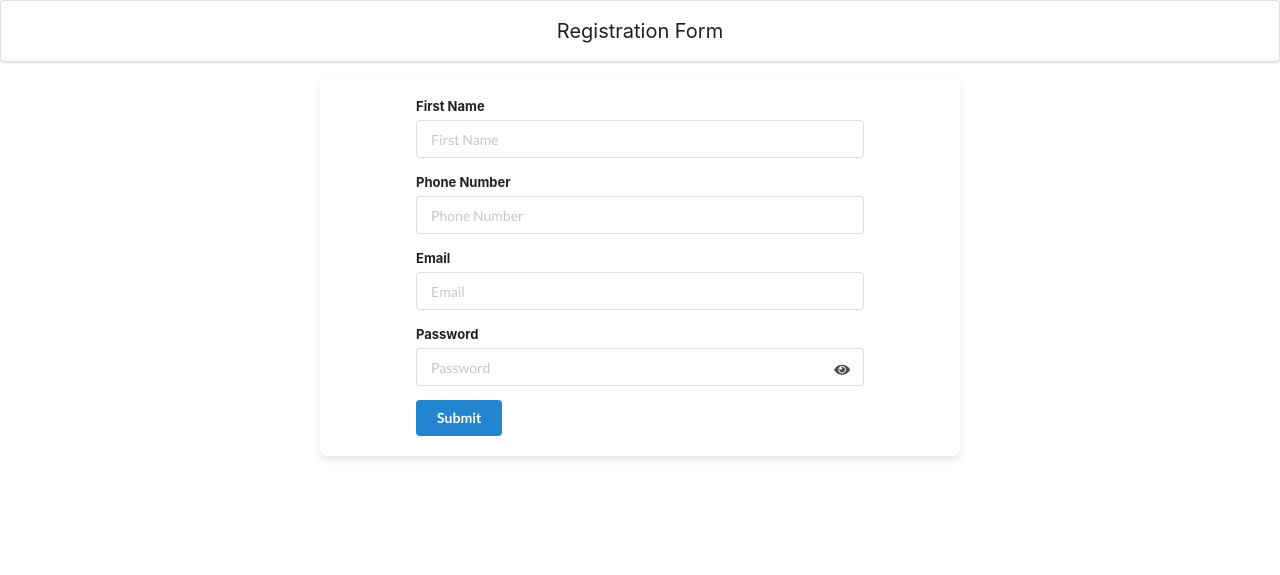
Repository: Wahid137/registration-form
Page: /
These files come from the project's save history. The page is drawn as it stood at one moment and after the next save; the edit follows.
The browser window is 1280 px wide. The pictures show the whole page.
The project was rebuilt for these pictures with package versions that can differ from the ones it lists, and the page was loaded fresh each time.

Above is the page before, as saved 2024-05-02 11:06:39.

### public/index.html
<!DOCTYPE html>
<html lang="en">
  <head>
    <meta charset="utf-8" />
    <link rel="icon" href="%PUBLIC_URL%/favicon.ico" />
    <meta name="viewport" content="width=device-width, initial-scale=1" />
    <meta name="theme-color" content="#000000" />
    <meta
      name="description"
      content="Web site created using create-react-app"
    />
    <link rel="apple-touch-icon" href="%PUBLIC_URL%/logo192.png" />
    <!--
      manifest.json provides metadata used when your web app is installed on a
      user's mobile device or desktop. See https://developers.google.com/web/fundamentals/web-app-manifest/
    -->
    <link rel="manifest" href="%PUBLIC_URL%/manifest.json" />
    <!--
      Notice the use of %PUBLIC_URL% in the tags above.
      It will be replaced with the URL of the `public` folder during the build.
      Only files inside the `public` folder can be referenced from the HTML.

      Unlike "/favicon.ico" or "favicon.ico", "%PUBLIC_URL%/favicon.ico" will
      work correctly both with client-side routing and a non-root public URL.
      Learn how to configure a non-root public URL by running `npm run build`.
    -->
    <title>Registration From</title>
  </head>
  <body>
    <noscript>You need to enable JavaScript to run this app.</noscript>
    <div id="root"></div>
    <!--
      This HTML file is a template.
      If you open it directly in the browser, you will see an empty page.

      You can add webfonts, meta tags, or analytics to this file.
      The build step will place the bundled scripts into the <body> tag.

      To begin the development, run `npm start` or `yarn start`.
      To create a production bundle, use `npm run build` or `yarn build`.
    -->
  </body>
</html>

### src/index.js
import React from 'react';
import ReactDOM from 'react-dom/client';
import 'semantic-ui-css/semantic.min.css';
import App from './App';
import './index.css';
import reportWebVitals from './reportWebVitals';

const root = ReactDOM.createRoot(document.getElementById('root'));
root.render(
  <React.StrictMode>
    <App />
  </React.StrictMode>
);

// If you want to start measuring performance in your app, pass a function
// to log results (for example: reportWebVitals(console.log))
// or send to an analytics endpoint. Learn more: https://bit.ly/CRA-vitals
reportWebVitals();

### src/App.js
import { Segment } from 'semantic-ui-react';
import './App.css';
import Register from './components/Register';

function App() {
  return (
    <div className="App">
      <Segment textAlign='center' size={"huge"}>Registration Form</Segment>
      <Register />
    </div>
  );
}

export default App;

### src/App.css
.register-container {
  padding-top: 20px;
  padding-bottom: 20px;
  display: flex;
  width: 50%;
  justify-content: center;
  box-shadow: 0 4px 8px rgba(0, 0, 0, 0.1);
  border-radius: 8px;
}
.form-field {
  margin-bottom: 1rem;
}

.gender-field {
  display: flex;
  flex-direction: row;
}

.gender-option {
  display: flex;
  margin-right: 1rem;
  align-items: center;
  justify-content: center;
}

.gender-option input {
  margin-right: 0.5rem;
}

### src/components/Register.js
import { joiResolver } from "@hookform/resolvers/joi";
import Joi from "joi";
import React, { useState } from "react";
import { useForm } from "react-hook-form";
import { Button, Container, Form, FormField, Icon } from "semantic-ui-react";

/* //schema
const schema = Joi.object({
    firstName: Joi.string().min(2).max(20).pattern(nameRegex).required().messages({
        "string.base": "First name must be a string",
        "string.empty": "Please enter your first name",
        "string.min": "First name must have at least {#limit} characters",
        "string.max": "First name cannot exceed {#limit} characters",
        "string.pattern.base": "First name must contain only alphabets and spaces",
        "any.required": "First name is required",
    }),
    lastName: Joi.string().min(2).max(20).pattern(nameRegex).required().messages({
        "string.base": "Last name must be a string",
        "string.empty": "Please enter your last name",
        "string.min": "Last name must have at least {#limit} characters",
        "string.max": "Last name cannot exceed {#limit} characters",
        "string.pattern.base": "Last name must contain only alphabets and spaces",
        "any.required": "Last name is required",
    }),
    gender: Joi.string().valid('male', 'female', 'other').required().messages({
        "any.required": "Gender is required",
        "any.only": "Please select a valid gender",
    }),
    birthDate: Joi.date()
        .max(minBirthDate)
        .required()
        .messages({
            "date.base": "Please enter a valid date",
            "date.max": "You must be at least 18 years old",
            "any.required": "Birth date is required",
        }),
    phoneNumber: Joi.string().pattern(phoneRegex).required().messages({
        "string.base": "Phone number must be a string",
        "string.empty": "Please enter your phone number",
        "string.pattern.base": "Phone number must be exactly 10 digits",
        "any.required": "Phone number is required",
    }),
    email: Joi.string().email({ tlds: { allow: false } }).required().messages({
        "string.base": "Email must be a string",
        "string.empty": "Please enter your email",
        "string.email": "Please enter a valid email address",
        "any.required": "Email is required",
    }),
    password: Joi.string().pattern(passwordRegex).required().messages({
        "string.base": "Password must be a string",
        "string.empty": "Please enter your password",
        "string.pattern.base": "Password must be 3 to 30 characters long and contain at least one lowercase letter, one uppercase letter, and one digit",
        "any.required": "Password is required",
    }),
    confirmPassword: Joi.string().valid().required().messages({
        "any.required": "Confirm password is required",
        "any.only": "Passwords do not match",
    }),
    country: Joi.string().required().messages({
        "any.required": "Please select a country",
        "string.empty": "Please select a country",
    }),
}); */

const schema = Joi.object({
    firstName: Joi.string().min(2).max(20).required().label("First Name"),
    LastName: Joi.string().min(2).max(20).required().label("Last Name"),
    phoneNumber: Joi.string().length(10).required().label("Phone Number"),
    email: Joi.string()
        .email({ minDomainSegments: 2, tlds: { allow: ['com', 'net'] } }).required().label("Email"),
    password: Joi.string().min(8).max(1000).required().label("Password"),
});

const Register = () => {
    const [showPassword, setShowPassword] = useState(false);
    const [showConfirmPassword, setShowConfirmPassword] = useState(false);
    const togglePasswordVisibility = () => setShowPassword(!showPassword);
    const toggleConfirmPasswordVisibility = () => setShowConfirmPassword(!showConfirmPassword);

    //useForm
    const { register, handleSubmit, reset, formState: { errors } } = useForm({ resolver: joiResolver(schema) });



    //submit handler
    const onSubmit = (data) => {
        console.log(data);
        reset();
        alert("Registration Successfully done!")
    };

    return (
        <Container
            style={{
                paddingTop: "20px",
                paddingBottom: "20px",
                display: "flex",
                width: "50%",
                justifyContent: "center",
                boxShadow: "0 4px 8px rgba(0,0,0,0.1)",
                borderRadius: "8px",
            }}
        >

            <Form style={{ width: "70%" }} onSubmit={handleSubmit(onSubmit)}>
                <div className="form-field">
                    <FormField>
                        <label>First Name</label>
                        <input
                            placeholder="First Name"
                            {...register("firstName")}

                        />
                        {errors.firstName && (
                            <div className="ui pointing red basic label">
                                {errors.firstName.message}
                            </div>
                        )}
                    </FormField>
                </div>

                <div className="form-field">
                    <FormField>
                        <label>Phone Number</label>
                        <input
                            placeholder="Phone Number"
                            {...register("phoneNumber")}

                        />
                        {errors.phoneNumber && (
                            <div className="ui pointing red basic label">
                                {errors.phoneNumber.message}
                            </div>
                        )}
                    </FormField>
                </div>

                <div className="form-field">
                    <FormField>
                        <label>Email</label>
                        <input
                            placeholder="Email"
                            {...register("email")}

                        />
                        {errors.email && (
                            <div className="ui pointing red basic label">
                                {errors.email.message}
                            </div>
                        )}
                    </FormField>
                </div>
                <div className="form-field">
                    <FormField>
                        <label>Password</label>
                        <div className="ui input">
                            <input
                                type={showPassword ? "text" : "password"}
                                placeholder="Password"
                                {...register("password")}

                            />
                            <Icon
                                name={showPassword ? "eye slash" : "eye"}
                                link
                                onClick={togglePasswordVisibility}
                                style={{ cursor: "pointer", position: "absolute", right: "10px", top: "50%", transform: "translateY(-50%)" }}
                            />
                        </div>
                        {errors.password && (
                            <div className="ui pointing red basic label">
                                {errors.password.message}
                            </div>
                        )}
                    </FormField>
                </div>
                <Button type="submit" color="blue">
                    Submit
                </Button>
            </Form>
        </Container>
    );
};

export default Register;


{/*
                <div className="form-field">
                    <FormField error={formErrors.birthDate !== undefined}>
                        <label>Birth Date</label>
                        <input
                            type="date"
                            name="birthDate"
                            {...register("birthDate")}
                            className={formErrors.birthDate ? "error" : ""}
                        />
                        {formErrors.birthDate && (
                            <div className="ui pointing red basic label">
                                {formErrors.birthDate}
                            </div>
                        )}
                    </FormField>
                </div>


                <div className="form-field">
                    <FormField>
                        <label>Gender</label>
                        <div className="gender-field">
                            <div className="gender-option">
                                <input type="radio" id="male" {...register("gender")} value="male" />
                                <label htmlFor="male">Male</label>
                            </div>
                            <div className="gender-option">
                                <input type="radio" id="female" {...register("gender")} value="female" />
                                <label htmlFor="female">Female</label>
                            </div>
                            <div className="gender-option">
                                <input type="radio" id="other" {...register("gender")} value="other" />
                                <label htmlFor="other">Other</label>
                            </div>
                        </div>
                        {formErrors.gender && (
                            <div className="ui pointing red basic label">
                                {formErrors.gender}
                            </div>
                        )}
                    </FormField>
                </div>
                <div className="form-field">
                    <FormField error={formErrors.country !== undefined}>
                        <label>Country</label>
                        <select {...register("country")} className={formErrors.country ? "error" : "ui search dropdown"}>
                            <option value="">Select your country</option>
                            {
                                countryOptions?.map((country) => <option key={country?.key} value={country?.value}>{country?.text}</option>)
                            }
                        </select>
                        {formErrors.country && (
                            <div className="ui pointing red basic label">
                                {formErrors.country}
                            </div>
                        )}
                    </FormField>
                </div>

                <div className="form-field">
                    <FormField error={formErrors.confirmPassword !== undefined}>
                        <label>Confirm Password</label>
                        <div className="ui input">
                            <input
                                type={showConfirmPassword ? "text" : "password"}
                                placeholder="Confirm Password"
                                {...register("confirmPassword")}
                                className={formErrors.confirmPassword ? "error" : ""}
                            />
                            <Icon
                                name={showConfirmPassword ? "eye slash" : "eye"}
                                link
                                onClick={toggleConfirmPasswordVisibility}
                                style={{ cursor: "pointer", position: "absolute", right: "10px", top: "50%", transform: "translateY(-50%)" }}
                            />
                        </div>
                        {formErrors.confirmPassword && (
                            <div className="ui pointing red basic label">
                                {formErrors.confirmPassword}
                            </div>
                        )}
                    </FormField>
                </div> */}

Loaded but not shown: src/index.css (common file); src/reportWebVitals.js (common file)

After the next save:
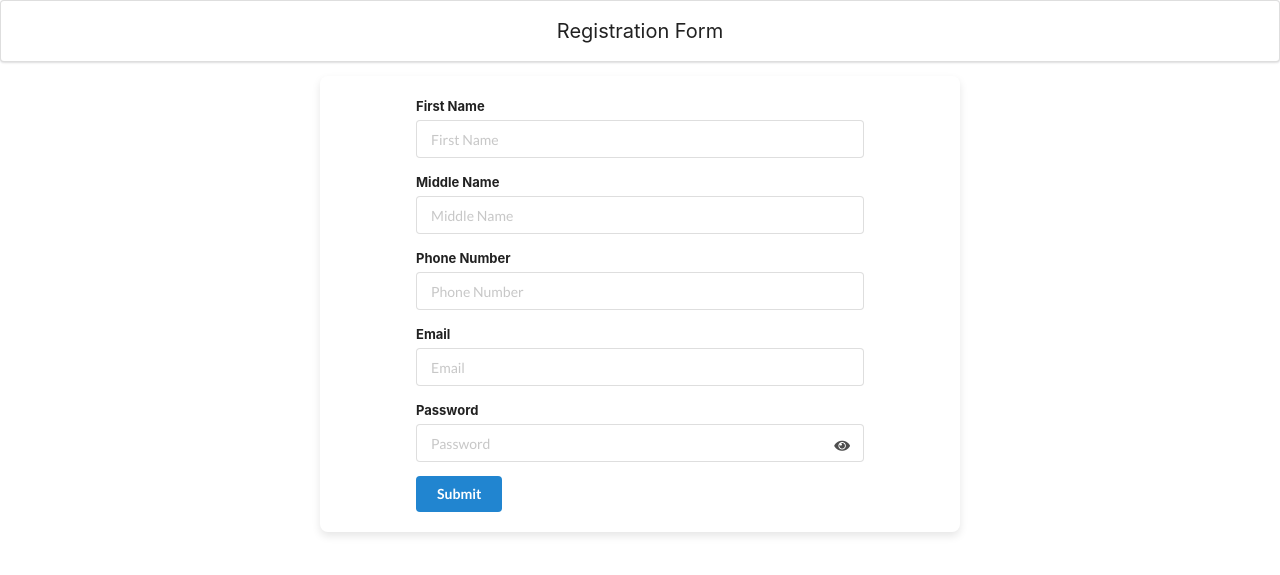
Saved 107 s later.
--- a/src/components/Register.js
+++ b/src/components/Register.js
@@ -118,6 +118,21 @@ const Register = () => {
                         )}
                     </FormField>
                 </div>
+                <div className="form-field">
+                    <FormField>
+                        <label>Middle Name</label>
+                        <input
+                            placeholder="Middle Name"
+                            {...register("middleName")}
+
+                        />
+                        {errors.middleName && (
+                            <div className="ui pointing red basic label">
+                                {errors.middleName.message}
+                            </div>
+                        )}
+                    </FormField>
+                </div>
 
                 <div className="form-field">
                     <FormField>
